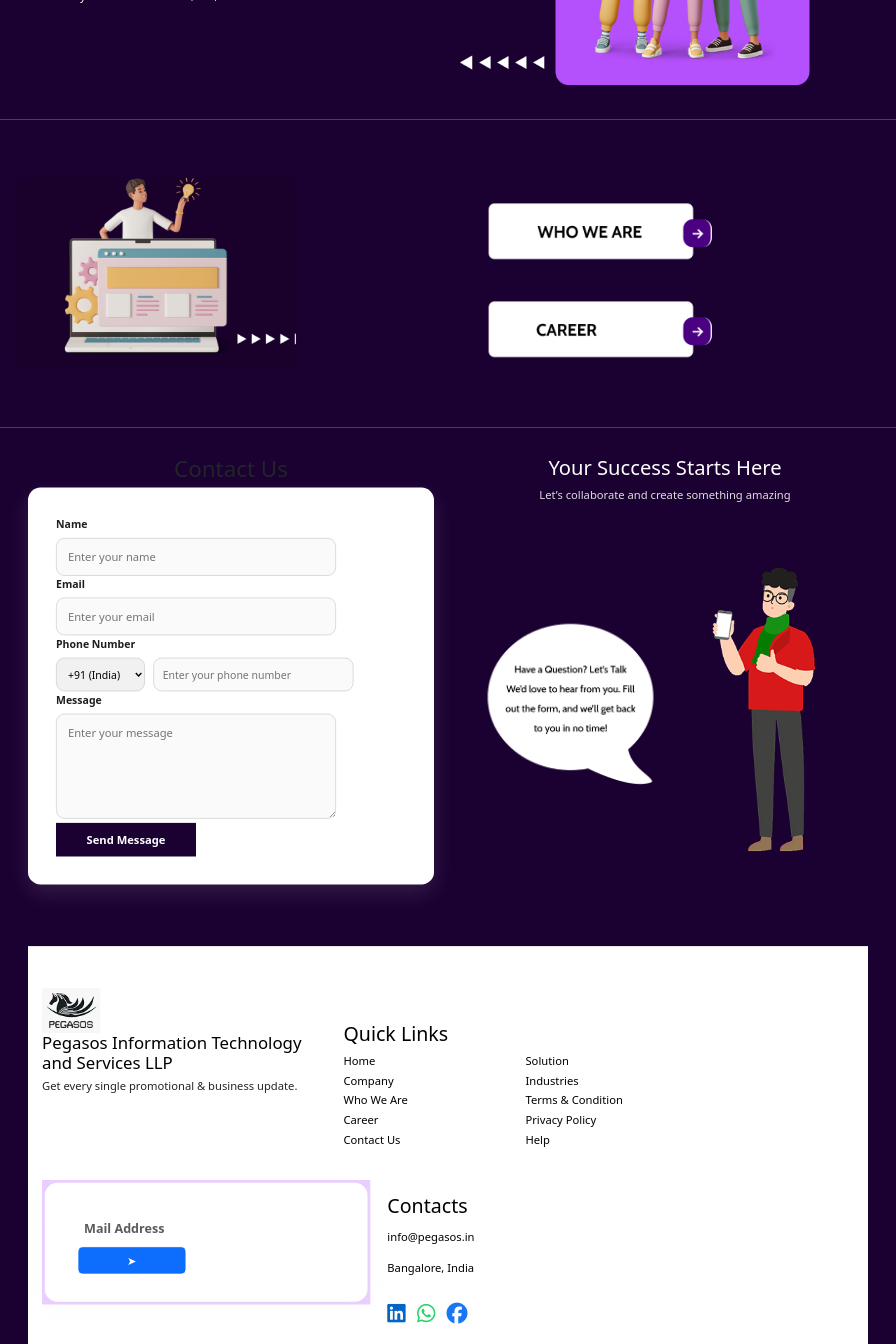
Repository: vasundharaji18/landing-page
Page: website.html
These files come from the project's save history. The page is drawn as it stood at one moment and after the next save; the edit follows.
The browser window is 1280 px wide. The pictures show the part of the page from y = 1272 to 3192 px (the page is 3317 px tall before and 3311 px after), at 70% of full size.

Above is the page before, as saved 2025-04-15 00:56:25.

### website.html
<!DOCTYPE html>
<html lang="en">
<head>
  <meta charset="UTF-8" />
  <meta name="viewport" content="width=device-width, initial-scale=1.0" />
  <title>Pegasos - Portfolio</title>
  <link rel="stylesheet" href="portfolio.css" />
</head>
<body>

  <nav class="navbar">
    <!-- Logo as an image -->
    <a href="/website.html" class="logo">
      <img src="photos/logo.png" alt="Pegasos Logo" class="logo-img">
    </a>

    <!-- Hamburger Button -->
    <div class="menu-toggle" id="menu-toggle">☰</div>

    <!-- Navigation List -->
    <ul id="nav-list">
      <li><a href="/about.html">About</a></li>
      <li class="dropdown">
        <a href="/services.html">Services ▾</a>
        <div class="dropdown-content">
          <a href="/E-mail Marketing.html">E-mail Marketing</a>
          <a href="/Upselling & Cross-Selling.html">Upselling & Cross-Selling</a>
          <a href="/Sales CRM.html">Sales CRM</a>
          <a href="/Field Sales Automation.html">Field Sales Automation</a>
        </div>
      </li>
      <li><a href="/industry.html">Industry</a></li>
      <li><a href="/contact.html">Contact</a></li>
    </ul>
  </nav>


  </script>

  <!-- Home Section -->
<section id="home" class="section">
  <div class="bg-cover bg-center text-white py-[500px] hero-content min-h-screen w-full"
       style="background-image: url('https://media4.giphy.com/media/v1.Y2lkPTc5MGI3NjExOW45dnQ3aDVhd3F5M2hrbnB3MzF1NXNsNGNxZW5qY3RhMXIybno5eiZlcD12MV9pbnRlcm5hbF9naWZfYnlfaWQmY3Q9Zw/l3q2RgN7WUjeUUXm0/giphy.gif');">
       <div class="max-w-10xl mx-auto px-8 sm:px-9 lg:px-11 text-center">
      <br>
    <br>
    <br>
    <br><br>
    <br>

        <h1 class="text-6xl sm:text-7xl font-bold mb-6">
          Grow Your Business Faster Than Ever Before
        </h1>

      <p class="text-lg sm:text-xl mb-10 max-w-5xl mx-auto">
        Powerful CRM. Effortless Integration. Smart Business.
      </p>

      <!-- Image below paragraph -->
      <img src="photos/home.png"
           alt="Business Growth Illustration"
           class="mx-auto w-full max-w-md sm:max-w-lg md:max-w-xl rounded-lg shadow-lg">
    </div>
  </div>
</section>


<!-- Services Section -->

<section id="services"
class="py-16 bg-no-repeat bg-contain bg-center"
>
<h2>Solutions</h2>

  <div class="flex flex-nowrap justify-center gap-12 overflow-x-auto px-5 items-end relative z-10">

    <!-- 🔼 First icon -->
    <a href="email-marketing.html">
      <img src="photos/emailmarketing.png"
           class="w-24 h-24 -mt-6 mb-4 hover:scale-110 transition-transform duration-300"
           alt="Email Marketing">
    </a>


    <!-- Mid icons -->
    <a href="upselling.html">
      <img src="photos/upselling.png"
           class="w-24 h-24 mb-2 hover:scale-110 transition-transform duration-300"
           alt="Upselling">
    </a>

    <a href="crm.html">
      <img src="photos/crm.png"
           class="w-24 h-24 mb-2 hover:scale-110 transition-transform duration-300"
           alt="CRM">
    </a>

    <!-- 🔽 Last icon -->
    <a href="field-sale.html">
      <img src="photos/fieldsell.png"
           class="w-24 h-24 mt-4 hover:scale-110 transition-transform duration-300"
           alt="Field Sales">
    </a>

  </div>
</section>

</section>

<!-- About Section -->
<section id="about" class="section" style="display: flex; align-items: center; gap: 2rem;">
  <!-- Left side text -->
  <div style="flex: 1;">
    <h2>Company</h2>
    <p>
      We empower businesses with smart and intuitive CRM solutions. Our AI-driven platform streamlines sales, marketing, and customer engagement for seamless growth.
      Designed for efficiency and ease, Pegasos helps teams automate workflows and boost productivity.
      Join us in transforming the way businesses connect, sell, and succeed.
    </p>
  </div>

  <!-- Right side image -->
  <div style="flex: 1;">
    <img src="photos/company.png" alt="About Image" style="width: 100%; height: auto; border-radius: 10px;">
  </div>
</section>




  <!-- industry -->

<section id="industry" class="section" style="display: flex; align-items: center; gap: 2rem;">
  <!-- Left side image -->
  <div style="flex: 1;">
    <img src="photos/happy man and website window in laptop@3x.png" alt="Industry Image" style="width: 100%; height: auto; border-radius: 10px;">
  </div>

  <!-- Right side content with buttons -->
  <div style="flex: 2;">
    <!-- Horizontal Button Group -->
    <div class="button-container">

      <!-- WHO WE ARE Button -->
      <button class="custom-btn" onclick="window.location.href='/about.html'">
        <img src="photos/Group 211.png" alt="Icon" class="btn-icon" />

      </button>

      <!-- CAREER Button -->
      <button class="custom-btn" onclick="window.location.href='/career.html'">
        <img src="photos/Group 212.png" alt="Icon" class="btn-icon" />

      </button>

    </div>



</section>



<!-- Contact Section -->
<div class="contact-section">
  <div class="contact-container">

    <!-- Left: Form Block -->
    <div class="contact-wrapper contact-form-block">
      <h2>Contact Us</h2>
      <form>
        <label for="name">Name</label>
        <input type="text" id="name" placeholder="Enter your name" required />

        <label for="email">Email</label>
        <input type="email" id="email" placeholder="Enter your email" required />

        <label for="phone">Phone Number</label>
        <div class="phone-input-box">
          <select>
            <option value="+1">+1 (USA)</option>
            <option value="+44">+44 (UK)</option>
            <option value="+91" selected>+91 (India)</option>
            <option value="+61">+61 (Australia)</option>
            <option value="+81">+81 (Japan)</option>
          </select>
          <input type="tel" placeholder="Enter your phone number" required />
        </div>

        <label for="message">Message</label>
        <textarea id="message" rows="5" placeholder="Enter your message" required></textarea>

        <button type="submit">Send Message</button>
      </form>
    </div>


   <!-- Right Side: Image and Text Block -->
<div class="contact-image-block">
  <div class="contact-image-content">
    <h3 class="success-heading">Your Success Starts Here</h3>
    <p>Let’s collaborate and create something amazing</p>
    <div class="image-row">
    <img src="photos/wpf_speech-bubble.png" alt="Teamwork" class="contact-image" />
    <img src="photos/Man Showing Smartphone.png" alt="Man Showing Smartphone" class="contact-image" />
  </div>
</div>
</div>





  <!-- Footer -->
<link href="https://cdn.jsdelivr.net/npm/bootstrap@5.3.3/dist/css/bootstrap.min.css" rel="stylesheet">
<link rel="stylesheet" href="https://cdnjs.cloudflare.com/ajax/libs/font-awesome/6.5.0/css/all.min.css">

<footer class="footer mt-lg-7">
  <div class="container-fluid footer-container">
    <div class="row">

      <!-- Company Info -->
      <div class="col-lg-4 col-md-6 col-sm-12 cmp mb-4">
        <img src="photos/logo.png" alt="Pegasos Logo" />
        <h4>Pegasos Information Technology and Services LLP</h4>
        <h6>Get every single promotional & business update.</h6>
      </div>



      <!-- Quick Links -->
      <div class="col-lg-6 col-md-12 mt-lg-5 mt-3 px-lg-5 px-md-2 mb-3">
        <h3 class="text-start">Quick Links</h3>
        <div class="row ql d-flex justify-content-between">
          <div class="col ql1 d-flex flex-column">
            <a href="#">Home</a>
            <a href="#">Company</a>
            <a href="#">Who We Are</a>
            <a href="#">Career</a>
            <a href="#">Contact Us</a>
          </div>
          <div class="col ql2 d-flex flex-column">
            <a href="#">Solution</a>
            <a href="#">Industries</a>
            <a href="#">Terms & Condition</a>
            <a href="#">Privacy Policy</a>
            <a href="#">Help</a>
          </div>
        </div>
      </div>

         <!-- Mailbox -->
         <div class="col-lg-5 col-md-6 col-sm-12 mb-4">
          <div class="mailbox w-100">
            <form method="POST" action="" class="d-flex align-items-center w-100 flex-wrap">
              <input type="email" name="email" class="form-control flex-grow-1 mbox" placeholder="Mail Address" required>
              <button type="submit" class="btn btn-primary ms-2 arrowb">➤</button>
            </form>
            <div class="alert alert-info mt-2" style="display: none;"></div>
          </div>
        </div>

      <!-- Contact Info -->
      <div class="col-lg-6 col-md-12 mt-lg-5 mt-3 box">
        <h3 class="text-start cont">Contacts</h3>
        <a href="mailto:info@pegasos.in">info@pegasos.in</a>
        <p>Bangalore, India</p>
        <div class="iconsbox d-flex justify-content-start gap-3 mt-2">
          <a href="https://www.linkedin.com/company/pegasos" target="_blank">
            <i class="fab fa-linkedin linked-icon"></i>
          </a>
          <a href="https://wa.me/yourwhatsappnumber" target="_blank">
            <i class="fab fa-whatsapp wp-icon"></i>
          </a>
          <a href="https://www.facebook.com/pegasos" target="_blank">
            <i class="fab fa-facebook fb-icon"></i>
          </a>
        </div>
      </div>
    </div>

    <!-- Copyright -->
    <div class="cp text-center mt-4">
      © 2025 Pegasos. All rights reserved.
    </div>
  </div>
</footer>


  <script src="portfolio.js"></script>
</body>
</html>

### portfolio.css
/* General Reset */
* {
  margin: 0;
  padding: 0;
  box-sizing: border-box;
}

body {
  font-family: 'Segoe UI', sans-serif;
  background-color: #fdfdfd;
  color: #222;
  line-height: 1.6;
}

/* Header */
header {
  background-color: #ffffff;
  box-shadow: 0 4px 12px rgba(0, 0, 0, 0.06);
  position: sticky;
  top: 0;
  z-index: 1000;
}

/* Navbar */
nav {
  display: flex;
  justify-content: space-between;
  align-items: center;
  padding: 1rem 2rem;
}

.nav-menu {
  display: none;
}

.nav-menu.active {
  display: block;
}

/* Logo */
.logo {
  display: flex;
  align-items: center;
  font-size: 1.8rem;
  font-weight: 700;
  color: #2c2a2a;
  text-decoration: none;
}

.logo img {
  height: 40px;
  margin-right: 10px;
}

/* Nav List */
nav ul {
  display: flex;
  list-style: none;
  gap: 1.5rem;
}

nav ul li {
  position: relative;
}

nav ul li a {
  color: #3a0348;
  text-decoration: none;
  padding: 10px 15px;
  border-radius: 6px;
  font-weight: 500;
  transition: background 0.3s, color 0.3s;
}

nav ul li a:hover {
  background-color: #f3e1f7;
  color: #000;
}

/* Dropdown */
.dropdown-content {
  display: none;
  position: absolute;
  top: 100%;
  left: 0;
  background-color: #3a0348;
  min-width: 220px;
  border-radius: 0 0 6px 6px;
  box-shadow: 0 8px 16px rgba(0, 0, 0, 0.1);
  z-index: 999;
}

.dropdown-content a {
  color: #fff;
  padding: 10px 15px;
  display: block;
  font-size: 0.95rem;
}

.dropdown-content a:hover {
  background-color: #652f81;
}

.dropdown:hover .dropdown-content {
  display: block;
}

/* Hamburger Menu */
.menu-toggle {
  display: none;
  font-size: 28px;
  color: #3a0348;
  cursor: pointer;
  user-select: none;
}

/* Responsive Styles */
@media (max-width: 768px) {
  .menu-toggle {
    display: block;
  }

  nav ul {
    flex-direction: column;
    position: absolute;
    top: 100%;
    left: 0;
    width: 100%;
    background-color: #3a0348;
    display: none;
  }

  nav ul.active {
    display: flex;
  }

  nav ul li {
    margin: 0;
    width: 100%;
    text-align: center;
  }

  nav ul li a {
    padding: 15px;
    color: #fff;
    border-bottom: 1px solid #5a2b6f;
  }

  .dropdown-content {
    position: static;
    background-color: #4a1f5c;
    box-shadow: none;
    border-radius: 0;
  }

  .dropdown:hover .dropdown-content {
    display: none;
  }

  .dropdown.open .dropdown-content {
    display: block;
  }
}


  /* Services Section */
  #services {
    background-color: white;

    background-repeat: no-repeat;

    background-position: center;
    padding: 50px 20px;
    text-align: center;
  }

  #services h2 {
    font-size: 2.5rem;
    margin-bottom: 20px;
    color: #05054f;
  }
  section{
    align-items: center;
    justify-content: center;
  }


/* Home Section */

#home {
  padding-top: 0px;
  color: white;
  text-align: center;

}

#home h1 {
  font-size: 3rem;
  margin-bottom: 100px;
  animation: fadeInDown 1s ease-in-out;
  text-align: center;
}

#home p {
  text-align:center;
  font-size: 1.5rem;
  margin-bottom: 30px;
  animation: fadeInUp 1s ease-in-out;
}




/* About Section */
#about {
  background: #1b0032;
  color: white;
  padding: 3rem 5vw;
}

.about-content {
  display: flex;
  justify-content: space-between;
  align-items: flex-start;
  flex-wrap: wrap; /* responsive behavior */
  gap: 2rem;
}

.about-text {
  flex: 1;
  min-width: 300px;
  max-width: 600px;
  text-align: left;
  color:white;
}

.about-text h2 {
  font-size: 2.5rem;
  margin-bottom: 20px;
  color:white;
  animation: fadeInUp 1s ease-in-out;
}

.about-text p {
  font-size: 1.2rem;
  margin-bottom: 20px;
  line-height: 1.8;
  animation: fadeInUp 1.2s ease-in-out;
}

.about-visuals {
  position: relative;
  flex: 1;
  min-width: 300px;
  max-width: 575px;
}

.about-main-image {
  width: 100%;
  height: auto;
  display: block;
}

/* Decorative Elements */
.rectangle-deco {
  position: absolute;
  width: 373.17px;
  height: 146.24px;
  left: 140px;
  top: 260px;
  background: #B450FC;
  border-radius: 20px;
  z-index: -1;
}

.polygon-group {
  position: absolute;
  top: 360px;
  left: 0;
  display: flex;
  gap: 10px;
}

.polygon {
  width: 22px;
  height: 22px;
  background:white;
  transform: rotate(90deg);
  clip-path: polygon(50% 0%, 100% 100%, 0% 100%);
}

/* Animation Keyframes */
@keyframes fadeInUp {
  from {
    opacity: 0;
    transform: translateY(20px);
  }
  to {
    opacity: 1;
    transform: translateY(0);
  }
}



  /* Industry Section */
  #industry {
    background-color: #1b0032;
    padding: 80px 20px;
    text-align: center;
  }

  .button-container {
    display: flex; /* Align buttons vertically */
    flex-direction: column; /* Stack buttons vertically */
    gap: 20px; /* Space between buttons */
    justify-content: center; /* Center buttons horizontally */
    align-items: center; /* Center buttons vertically */
    margin-top: 20px; /* Optional: adjust space from the top */
  }

  .custom-btn {
    background-color:#1b0032;
    border: none;
    padding: 15px;
    width: 200px;
    height: 120px;
    cursor: pointer;
    transition: transform 0.3s ease;
    display: flex;
    justify-content: center;
    align-items: center;
    border-radius: 10px;
    outline: none;

  }

  .custom-btn:focus {
    outline: none;
    box-shadow: none;
  }

  .custom-btn:hover {
    background-color: #ffffff;
    transform: scale(1.05);

  }

  .btn-icon {
    width: 800px; /* Increased width  */
    height: 80px;
    object-fit: cover;
    pointer-events: none;
    transition: opacity 0.3s ease;
  }

  .custom-btn:hover .btn-icon {
    opacity: 0.8;

  }


/* Contact Section */



.contact-section {
  background-color: #1b0032;
  display: flex;
  justify-content: flex-start; /* Aligns content to the left */
  padding: 40px;
}

/* Container for the form */
.contact-container {
  display: flex;
  justify-content: space-between;
  align-items: flex-start;
  gap: 40px;
  flex-wrap: wrap;
}

.contact-form-block {
  flex: 1;
  min-width: 300px;
}
/* Heading */
h2 {
  text-align: center;

  font-size: 2.5rem;
  margin-bottom: 30px;
  color:white;
  font-weight: 600;
}

/* Form Styling */
form {
  background: #ffffff;
  padding: 40px;
  border-radius: 18px;
  box-shadow: 0 12px 32px rgba(234, 233, 233, 0.12);
  transition: all 0.3s ease-in-out;

  /* align form to left */
  margin: 0; /* remove auto centering */
}

/* Label Styling */
label {
  width: 50%;
  display: block;
  margin-bottom: 8px;
  color: #1e1e1e;
  font-weight: 600;
  text-align: left;
  font-size: 15px;
}

/* Inputs */
input[type="text"],
input[type="email"],
input[type="tel"],
textarea,
select {
  width: 80%;
  padding: 14px 16px;
  border: 1px solid #ccc;
  border-radius: 12px;
  font-size: 16px;
  transition: 0.3s ease-in-out;
  background-color: #fafafa;
}

input:focus,
textarea:focus,
select:focus {
  border-color: #5c6bc0;
  box-shadow: 0 0 8px rgba(92, 107, 192, 0.25);
  outline: none;
  background-color: #ffffff;
}

/* Phone Input Style */
.phone-input-box {
  display: flex;
  gap: 12px;
  align-items: center;
  width: 85%;
}

.phone-input-box select {

  padding: 12px;
  border: 1px solid #ccc;
  border-radius: 12px;
  background: #f1f1f1;
  font-size: 15px;
  width: 35%;
}

.phone-input-box input[type="tel"] {
  flex-grow: 1;
  padding: 12px;
  border: 1px solid #ccc;
  border-radius: 12px;
  font-size: 15px;

}

/* Button Styling */
button {
  background: #1b0032;
  color: #fff;
  border: none;
  padding: 12px 16px;
  font-size: 16px;
  font-weight: 600;
  border-radius: 14px;
  cursor: pointer;
  width: 40%;
  transition: background 0.3s ease, box-shadow 0.3s ease;
}

button:hover {
  background: linear-gradient(135deg, #3f51b5, #303f9f);
  box-shadow: 0 4px 16px rgba(63, 81, 181, 0.3);
}

/* Add spacing between contact form and image/text section */
.contact-image-block {
  flex: 1;
  min-width: 300px;
  display: flex;
  justify-content: center;
  align-items: flex-start;
}

.contact-image-content {
  text-align: center;
  color: white;
}

.contact-image-content h3 {
  font-size: 1.8rem;
  margin-bottom: 10px;
  color: white;
}

.contact-image-content p {
  font-size: 1rem;
  margin-bottom: 20px;
  color: #dddddd;
}

/*  both images side by side */
.image-row {
  display: flex;
  justify-content: center;
  align-items: center;
  gap: 40px;
  flex-wrap: nowrap;
  padding:20px;
}

.contact-image {

  max-width: 240px;
  height: auto;
  border-radius: 12px;
}

/* Responsive */
@media (max-width: 600px) {
  form {
    padding: 24px;
    margin: 40px 10px;
  }

  .phone-input-box {
    flex-direction: column;
  }

  .phone-input-box select,
  .phone-input-box input[type="tel"] {
    width: 100%;
  }
}


@media (max-width: 600px) {
  .image-row {
    flex-direction: column;
    gap: 20px;
  }

  .contact-image {
    max-width: 90%;
  }
}



  /* Footer */

.mt-lg-7 {
  margin-top: 2rem;
}

.mailbox {
  background-color: #eaceff;
  padding: 4px;
  border-radius: 1px;
  margin-top: 28px;
  outline: 0;

  /* ✅ Flex fix */
  display: flex;
  align-items: center;
  gap: 10px;
  flex-wrap: wrap;
}

.mailbox .mbox {
  background-color: transparent;
  border: 0;
  outline: 0;
  color: #4b0082;
}

.mbox:focus {
  outline: none;
  box-shadow: none;
}

.mbox::placeholder {
  font-size: 18px;
  font-weight: 600;
}

.footer {
  padding: 60px 8px;
  height: auto;
  background-color: white;
}

.arrowb {
  border-radius: 25%;
  background-color: white;
  color: rgb(250, 247, 247);
  font-size: 17px;
  border: 0;
}

.arrowb:hover {
  background-color: whitesmoke;
  color: black;
  box-shadow: 1px 1px 1px gray;
}

.ql1 a,
.ql2 a,
.box a {
  color: black;
  text-decoration: none;
  padding: 2px 0px;
  font-size: 16px;
  display: block;
}

.ql1 a:hover,
.ql2 a:hover,
.box a:hover {
  color: #b246ff;
}

.box a {
  text-decoration: none;
  color:black;
  padding: 8px 0;
}

.footer h3,
.footer h4 {
  color: black;
}

.box p {
  padding: 13px 0;
  color:black;
}

.linked-icon {
  color: #0266c8;
  font-size: 30px; /* ✅ fixed from 30x */
}

.wp-icon {
  color: #25d366;
  font-size: 30px;
}

.fb-icon {
  color: #1877f2;
  font-size: 30px;
}

.linked-icon:hover,
.wp-icon:hover,
.fb-icon:hover {
  color: #b450fc;
}

.cp {
  font-size: 14px;
  color: black;
}

/* ✅ Flex fix for .ql */
.ql {
  display: flex;
  justify-content: space-between;
}

/* Responsive */
@media (max-width: 768px) {
  .footer {
    padding: 40px 20px;
    text-align: center;
  }

  .footer-container {
    display: flex;
    flex-direction: column;
    align-items: center;
    text-align: center;
  }

  .ql {
    flex-direction: column !important;
    align-items: center;
    gap: 15px;
  }

  .mailbox {
    flex-direction: column;
    align-items: stretch;
    gap: 10px;
  }

  .arrowb {
    width: 100%;
  }

  .iconsbox {
    justify-content: center;
  }
}



  /* Responsive */
  @media (max-width: 768px) {
    .footer-container {
      flex-direction: column;
      align-items: center;
      text-align: center;
    }

    footer .ql {
      flex-direction: column;
      gap: 20px;
      margin-top: 20px;
    }

    .iconsbox {
      justify-content: center;
    }
  }


  /* Animations */
  @keyframes fadeInUp {
    from {
      opacity: 0;
      transform: translateY(30px);
    }
    to {
      opacity: 1;
      transform: translateY(0);
    }
  }

  @keyframes fadeInDown {
    from {
      opacity: 0;
      transform: translateY(-30px);
    }
    to {
      opacity: 1;
      transform: translateY(0);
    }
  }

  @media (max-width: 10%) {
    nav ul {
      flex-direction: column;
      background-color: #333;
      position: absolute;
      top: 0px;
      left: 0;
      width: 600px;
      display: none;


    }

    nav ul.active {
      display: flex;
    }

    .menu-toggle {
      display: block;
      color: white;

      cursor: pointer;
    }
  }

Loaded but not shown: portfolio.js (62 lines, source omitted)

After the next save:
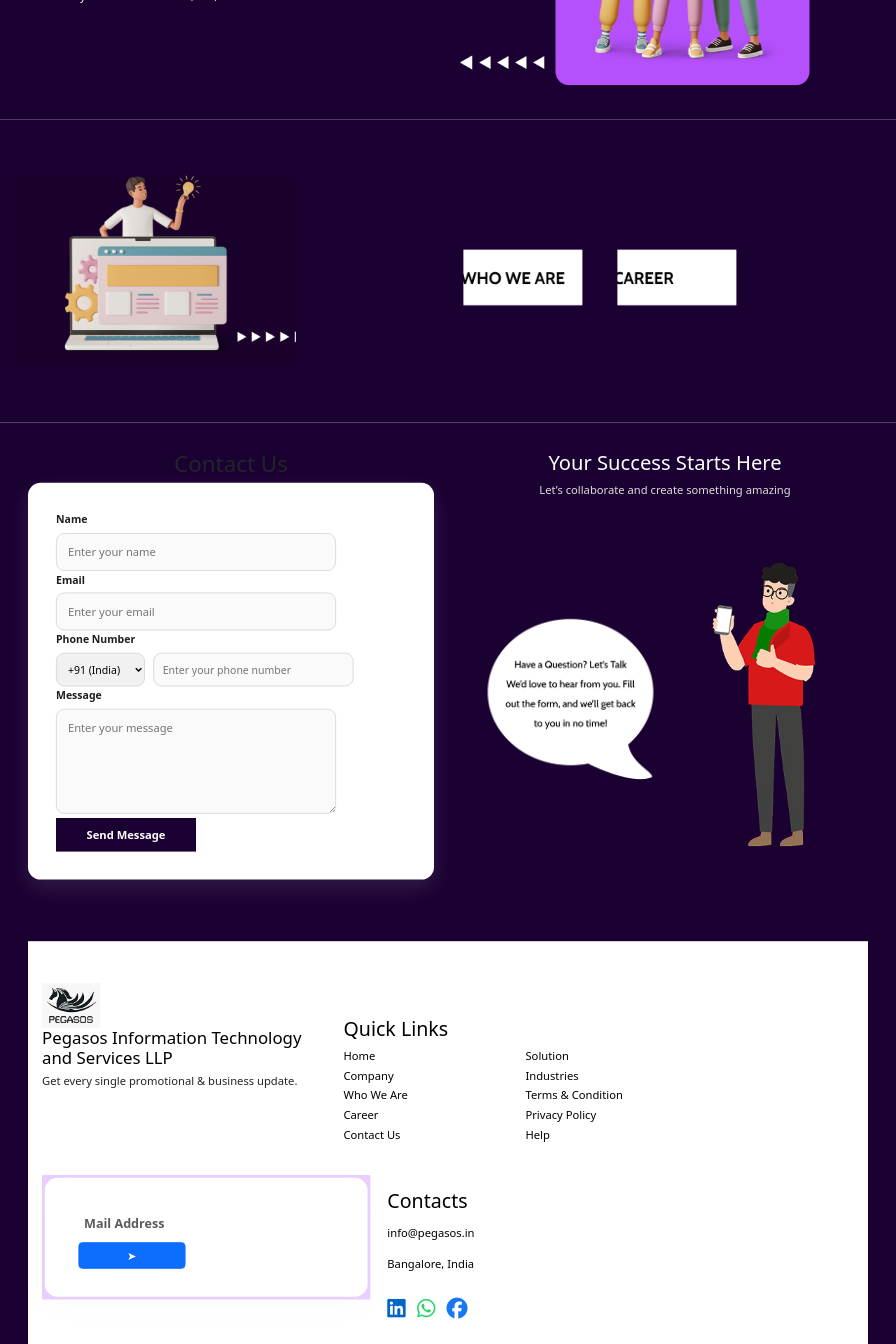
Saved 19 h 16 min later.
--- a/portfolio.css
+++ b/portfolio.css
@@ -304,60 +304,82 @@ nav ul li a:hover {
 
 
   /* Industry Section */
-  #industry {
-    background-color: #1b0032;
-    padding: 80px 20px;
-    text-align: center;
-  }
-
+#industry {
+  background-color: #1b0032;
+  padding: 80px 20px;
+  text-align: center;
+}
+
+/* Flex container for buttons */
+.button-container {
+  display: flex;
+  flex-direction: column;
+  gap: 20px;
+  justify-content: center;
+  align-items: center;
+  margin-top: 20px;
+}
+
+/* Individual Button Styling */
+.custom-btn {
+  background-color: #1b0032;
+  border: none;
+  padding: 15px;
+  width: 80vw;         /* Responsive width */
+  max-width: 300px;    /* Limits width on larger screens */
+  height: auto;
+  min-height: 100px;
+  cursor: pointer;
+  transition: transform 0.3s ease;
+  display: flex;
+  justify-content: center;
+  align-items: center;
+  border-radius: 10px;
+  outline: none;
+}
+
+.custom-btn:focus {
+  outline: none;
+  box-shadow: none;
+}
+
+.custom-btn:hover {
+  background-color: #ffffff;
+  transform: scale(1.05);
+}
+
+/* Icon inside button */
+.btn-icon {
+  width: 100%;              /* Full width inside button */
+  max-width: 250px;
+  height: auto;
+  object-fit: cover;
+  pointer-events: none;
+  transition: opacity 0.3s ease;
+}
+
+.custom-btn:hover .btn-icon {
+  opacity: 0.8;
+}
+
+/* ========== MEDIA QUERIES ========== */
+@media (min-width: 768px) {
   .button-container {
-    display: flex; /* Align buttons vertically */
-    flex-direction: column; /* Stack buttons vertically */
-    gap: 20px; /* Space between buttons */
-    justify-content: center; /* Center buttons horizontally */
-    align-items: center; /* Center buttons vertically */
-    margin-top: 20px; /* Optional: adjust space from the top */
+    flex-direction: row;    /* Show buttons in a row on tablets/desktops */
+    flex-wrap: wrap;
   }
 
   .custom-btn {
-    background-color:#1b0032;
-    border: none;
-    padding: 15px;
     width: 200px;
     height: 120px;
-    cursor: pointer;
-    transition: transform 0.3s ease;
-    display: flex;
-    justify-content: center;
-    align-items: center;
-    border-radius: 10px;
-    outline: none;
-
-  }
-
-  .custom-btn:focus {
-    outline: none;
-    box-shadow: none;
-  }
-
-  .custom-btn:hover {
-    background-color: #ffffff;
-    transform: scale(1.05);
-
   }
 
   .btn-icon {
-    width: 800px; /* Increased width  */
+    width: 100%;
     height: 80px;
-    object-fit: cover;
-    pointer-events: none;
-    transition: opacity 0.3s ease;
-  }
-
-  .custom-btn:hover .btn-icon {
-    opacity: 0.8;
-
-  }
+  }
+}
+
 
 
 /* Contact Section */
